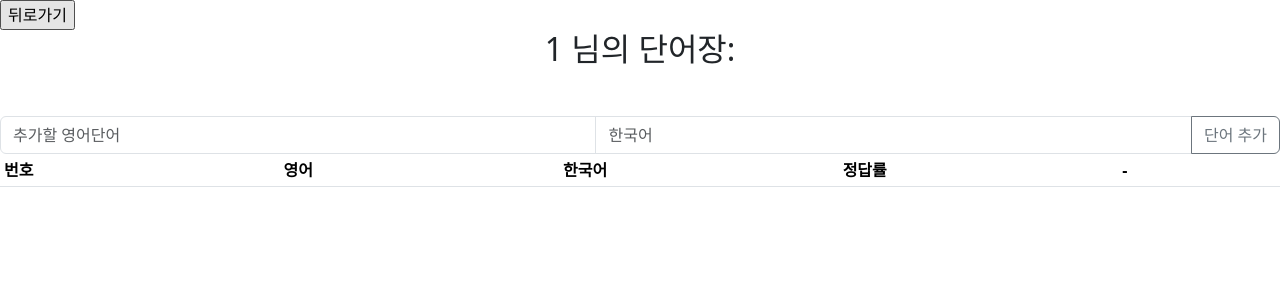
Repository: kokoko12334/myvocab-toy
Page: http://localhost/myVocabularyList/detail
The author's editor kept a copy of each file at every save. The page is drawn from the files as they stood at one save, then again after the next save.
The browser window is 1280 px wide. The pictures show the whole page.
The page is served by Tomcat 9. The session is filled in as if someone had signed in: {"id": 1, "pwd": 1, "list": 1}. Queries for data that is not in the repository find no rows.

Above is the page before, as saved 2023-04-07 12:31:25.

After the next save:
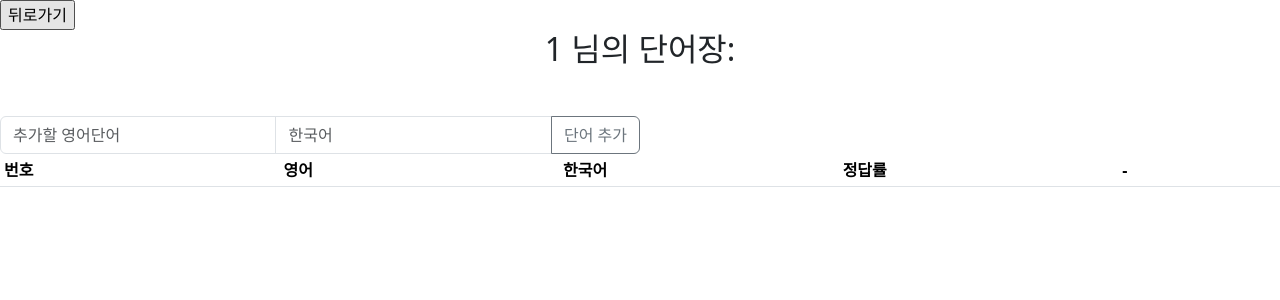
Saved 3 min 2 s later.
--- a/myVocabularyList/src/main/webapp/WEB-INF/views/myvocabulary/detail.jsp
+++ b/myVocabularyList/src/main/webapp/WEB-INF/views/myvocabulary/detail.jsp
@@ -22,13 +22,12 @@
 
 
  <div class = "my-5">
-	<form action = "/addword" method = "post">
-	<div class="input-group">
-		<input type = text name = "english" placeholder = "추가할 영어단어" aria-label="First name" class="form-control">
-		<input type = text name = "korean" placeholder = "한국어" aria-label="Last name" class="form-control">
-
-		<button class="btn btn-outline-secondary" id="button-addon2">단어 추가</button>
-	</div>
+	<form class="form-inline w-50" action = "/addword" method = "post">
+		<div class="input-group">
+			<input type = text name = "english" placeholder = "추가할 영어단어" aria-label="First name" class="form-control">
+			<input type = text name = "korean" placeholder = "한국어" aria-label="Last name" class="form-control">
+			<button class="btn btn-outline-secondary" id="button-addon2">단어 추가</button>
+		</div>
 	</form>
 
 	<table class="table table-sm">

After the save that followed:
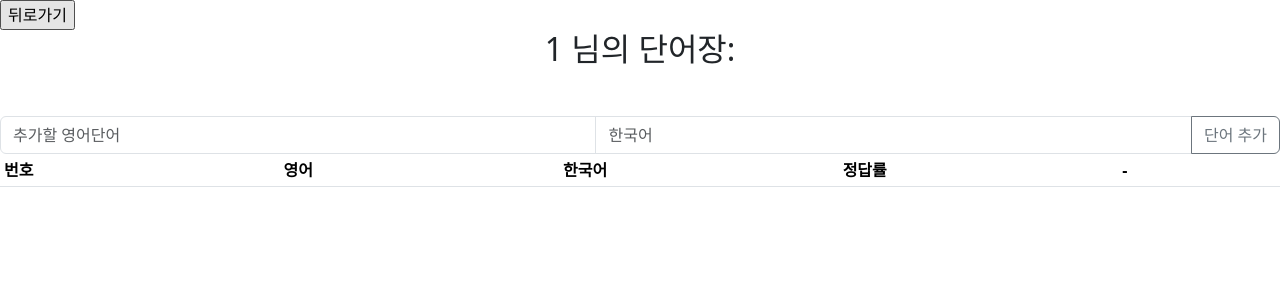
Saved 7 s later.
--- a/myVocabularyList/src/main/webapp/WEB-INF/views/myvocabulary/detail.jsp
+++ b/myVocabularyList/src/main/webapp/WEB-INF/views/myvocabulary/detail.jsp
@@ -22,7 +22,7 @@
 
 
  <div class = "my-5">
-	<form class="form-inline w-50" action = "/addword" method = "post">
+	<form class="form-inline w-30" action = "/addword" method = "post">
 		<div class="input-group">
 			<input type = text name = "english" placeholder = "추가할 영어단어" aria-label="First name" class="form-control">
 			<input type = text name = "korean" placeholder = "한국어" aria-label="Last name" class="form-control">
